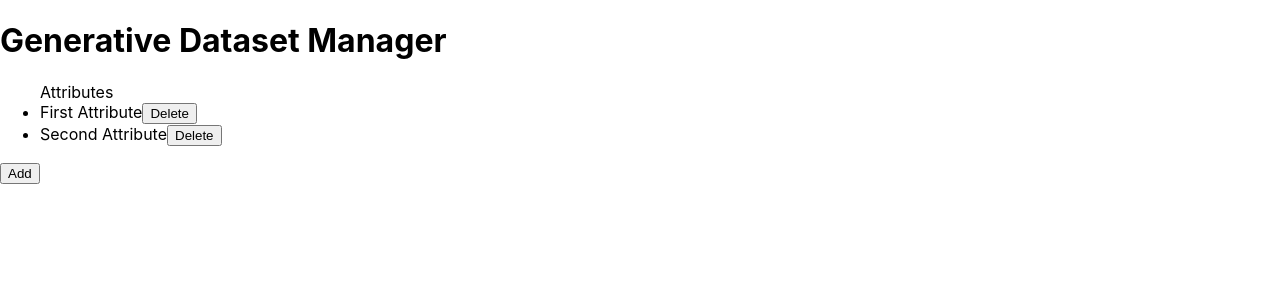
Repository: DaiWelsh/generatrive-ui
Page: /, after clicking the first element matching `div > button`
An editor plug-in stored every save of this project. The page is shown before and after a run of saves, followed by the edit.
The browser window is 1280 px wide. The pictures show the whole page.
The project was rebuilt for these pictures with package versions that can differ from the ones it lists, and the page was loaded fresh each time. Also part of the build but not shown: src/App.css.

Above is the page before, as saved 2021-10-10 12:48:12.

After the next 6 saves:
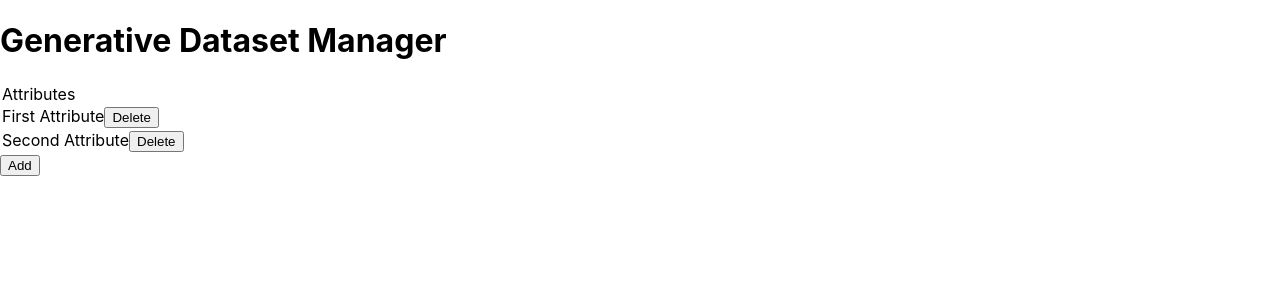
The 6 saves are shown as one change because 2 did not build or start and some came seconds apart.
The last was saved 40 s later.
--- a/src/components/Dataset.js
+++ b/src/components/Dataset.js
@@ -19,15 +19,15 @@ export default function Dataset() {
 
   return (
     <Fragment>
-      <ul>
+      <table>
         Attributes
         {attributes.map((attr) => (
-          <li key={attr.id}>
+          <tr key={attr.id}>
             {attr.name}
             <button onClick={() => deleteAttribute(attr.id)}>Delete</button>
-          </li>
+          </tr>
         ))}
-      </ul>
+      </table>
       <button onClick={() => addAttribute()}>Add</button>
     </Fragment>
   );
